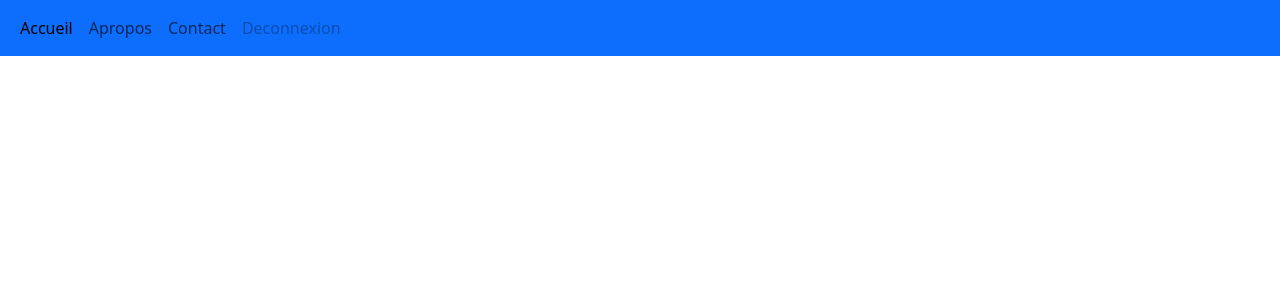
Repository: SKB-TECH/MinProject
Page: IHM/index.html
These files come from the project's save history. The page is drawn as it stood at one moment and after the next save; the edit follows.
The browser window is 1280 px wide. The pictures show the whole page.
Some web libraries are served in a nearby version.

Above is the page before, as saved 2022-09-29 14:48:09.

After the next save:
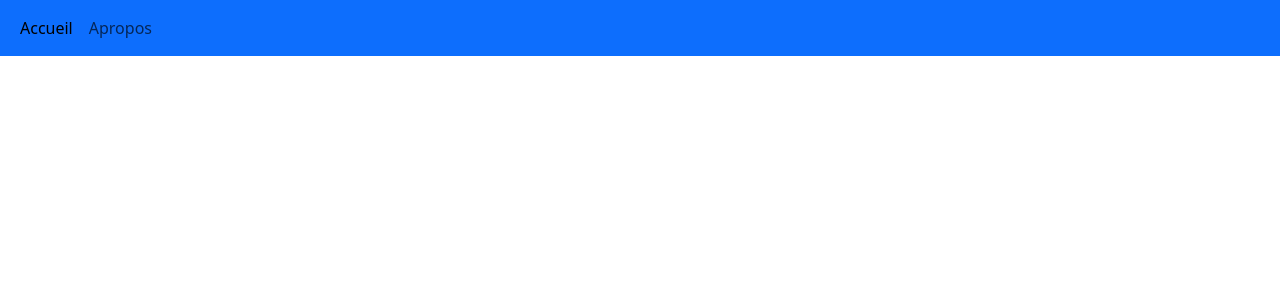
Saved 5 min 40 s later.
--- a/IHM/index.html
+++ b/IHM/index.html
@@ -18,12 +18,6 @@
                    <li class="nav-item">
                       <a class="nav-link" href="#">Apropos</a>
                     </li>
-                    <li class="nav-item">
-                      <a class="nav-link" href="#">Contact</a>
-                    </li>
-                    <li class="nav-item">
-                      <a class="nav-link disabled" href="#">Deconnexion</a>
-                    </li>
                   </ul>
                 </div>
               </nav>
